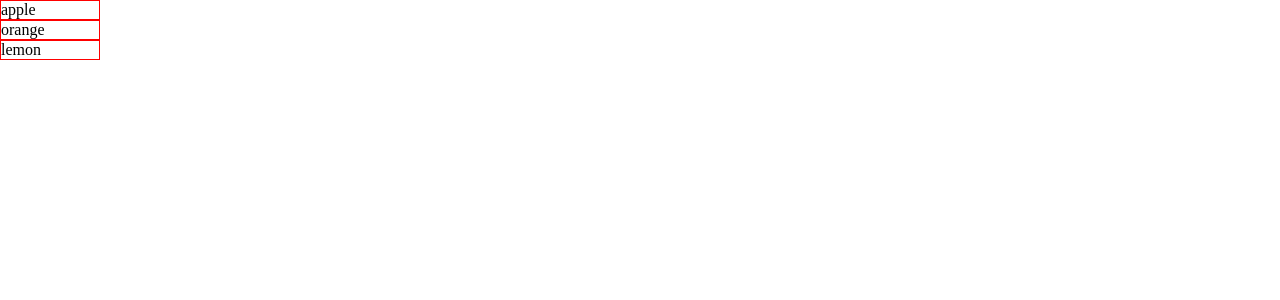
Repository: chenguocan/Vue_demo_1
Page: 基础案例.html
The author's editor kept a copy of each file at every save. The page is drawn from the files as they stood at one save, then again after the next save.
The browser window is 1280 px wide. The pictures show the whole page.

Above is the page before, as saved 2020-07-20 16:18:04.

After the next save:
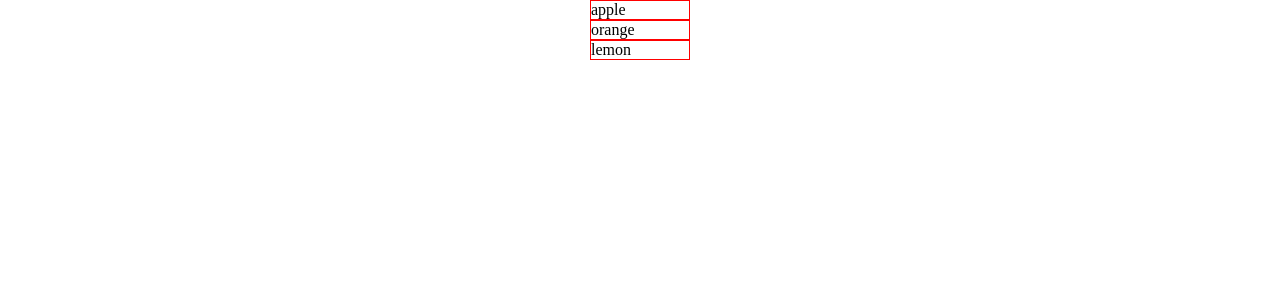
Saved 5 s later.
--- a/基础案例.html
+++ b/基础案例.html
@@ -12,6 +12,7 @@
       }
       .fruits {
         display: flex;
+        justify-content: center;
       }
       ul {
         list-style: none;

After the save that followed:
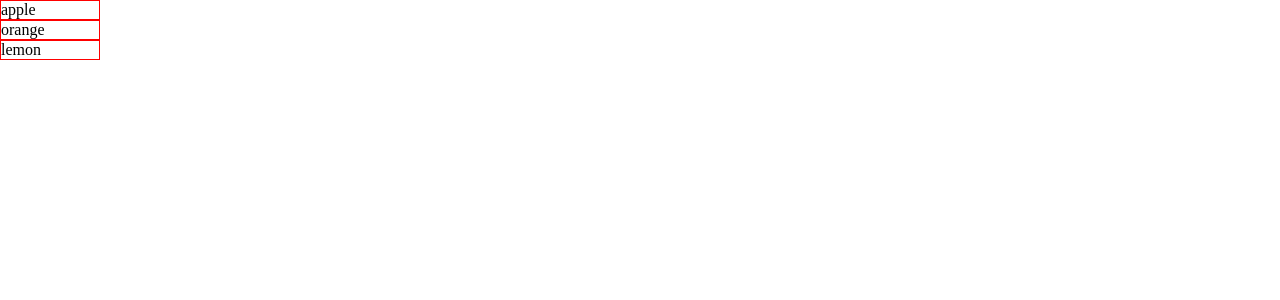
Saved 48 s later.
--- a/基础案例.html
+++ b/基础案例.html
@@ -12,7 +12,7 @@
       }
       .fruits {
         display: flex;
-        justify-content: center;
+        flex-direction: row;
       }
       ul {
         list-style: none;
